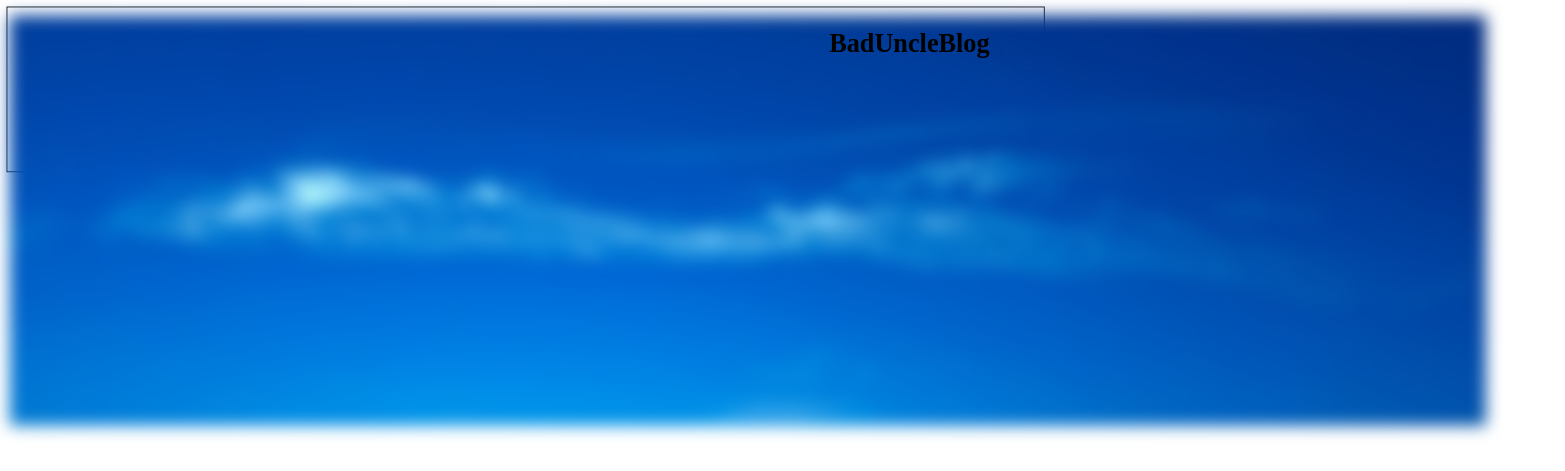
Repository: lidasi/monkeyLife
Page: http://localhost/monkeyLife/jsp/topbar.jsp
An editor plug-in stored every save of this project. The page is shown before and after the next save, followed by the edit.
The browser window is 1280 px wide. The page is 1909 px wide, then 1908 px, so the pictures cover 1909 px, including what lies to the right of the window. The pictures show the whole page, at 82% of full size.
The page is served by Tomcat 9.

Above is the page before, as saved 2017-07-13 07:23:40.

After the next save:
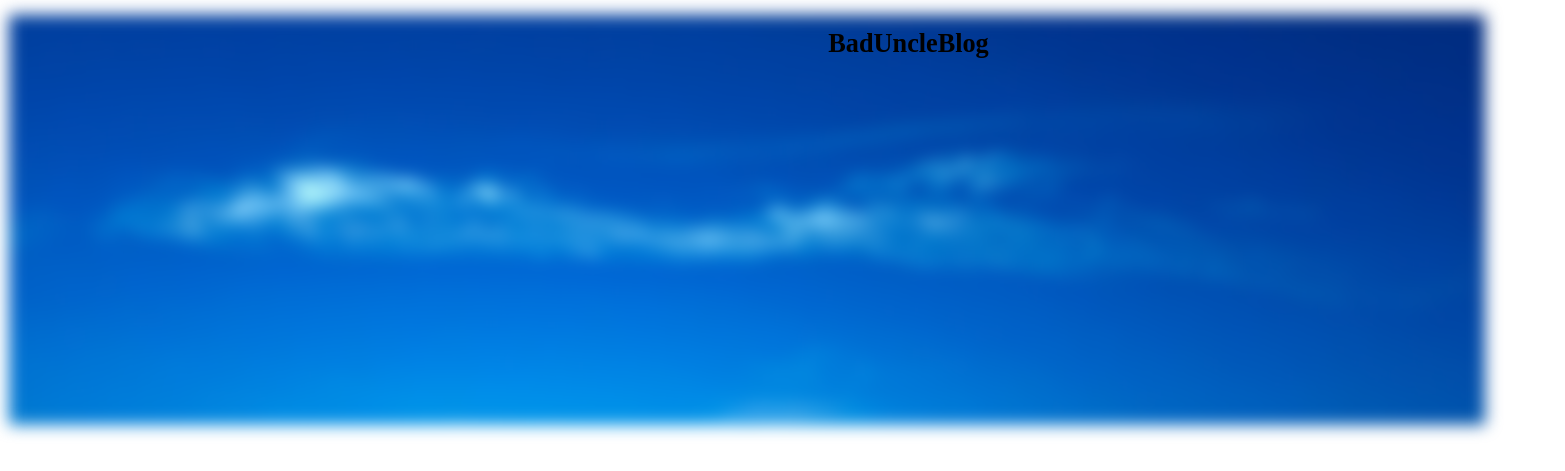
Saved 14 s later.
--- a/workSpeaces/monkeyLife/WebContent/css/top.css
+++ b/workSpeaces/monkeyLife/WebContent/css/top.css
@@ -1,7 +1,5 @@
 @CHARSET "UTF-8";
 #div-relative{position:relative;
-	color:#000;
-	border:1px solid #000;
 	width:100%;
 	height:200px}
 #backgroundImage{
